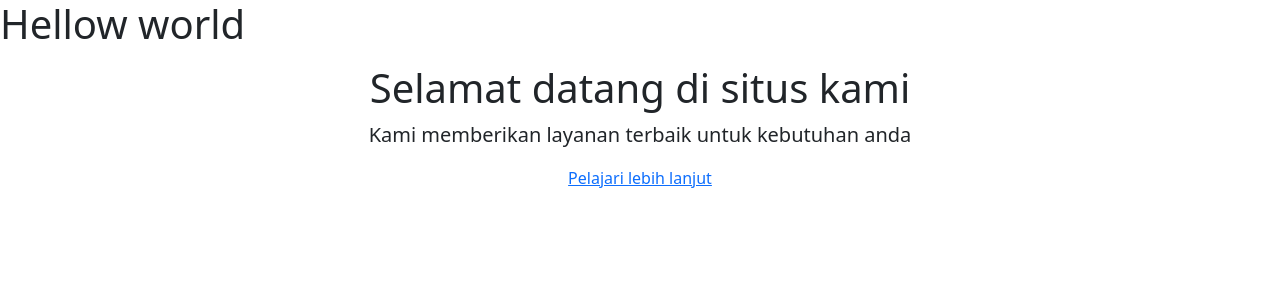
Repository: aryowisang/mbg
Page: latihan-24.html
An editor plug-in stored every save of this project. The page is shown before and after the next save, followed by the edit.
The browser window is 1280 px wide. The pictures show the whole page.

Above is the page before, as saved 2026-04-30 14:00:28.

After the next save:
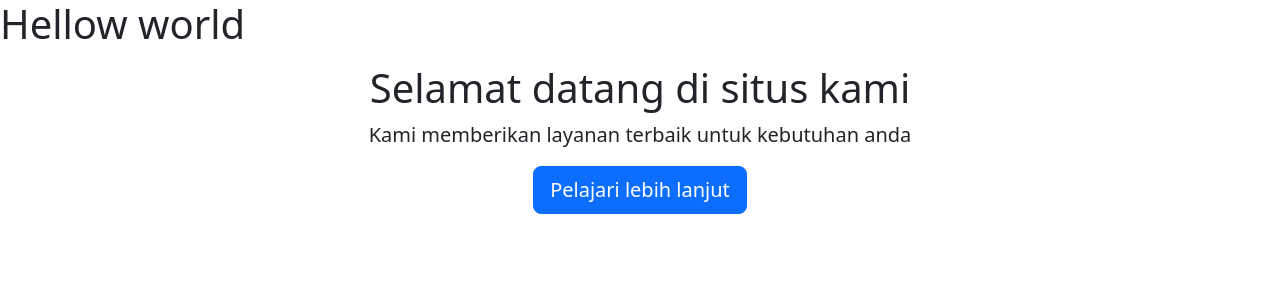
Saved 14 s later.
--- a/latihan-24.html
+++ b/latihan-24.html
@@ -13,7 +13,7 @@
         <p class="container fade-line-up">
             <h1>Selamat datang di situs kami</h1>
             <p class="lead">Kami memberikan layanan terbaik untuk kebutuhan anda</p>
-            <a href="services" class=""btn btn-primary btn-lg">Pelajari lebih lanjut</a>
+            <a href="services" class="btn btn-primary btn-lg">Pelajari lebih lanjut</a>
     </section>
 </body>
 </html>
